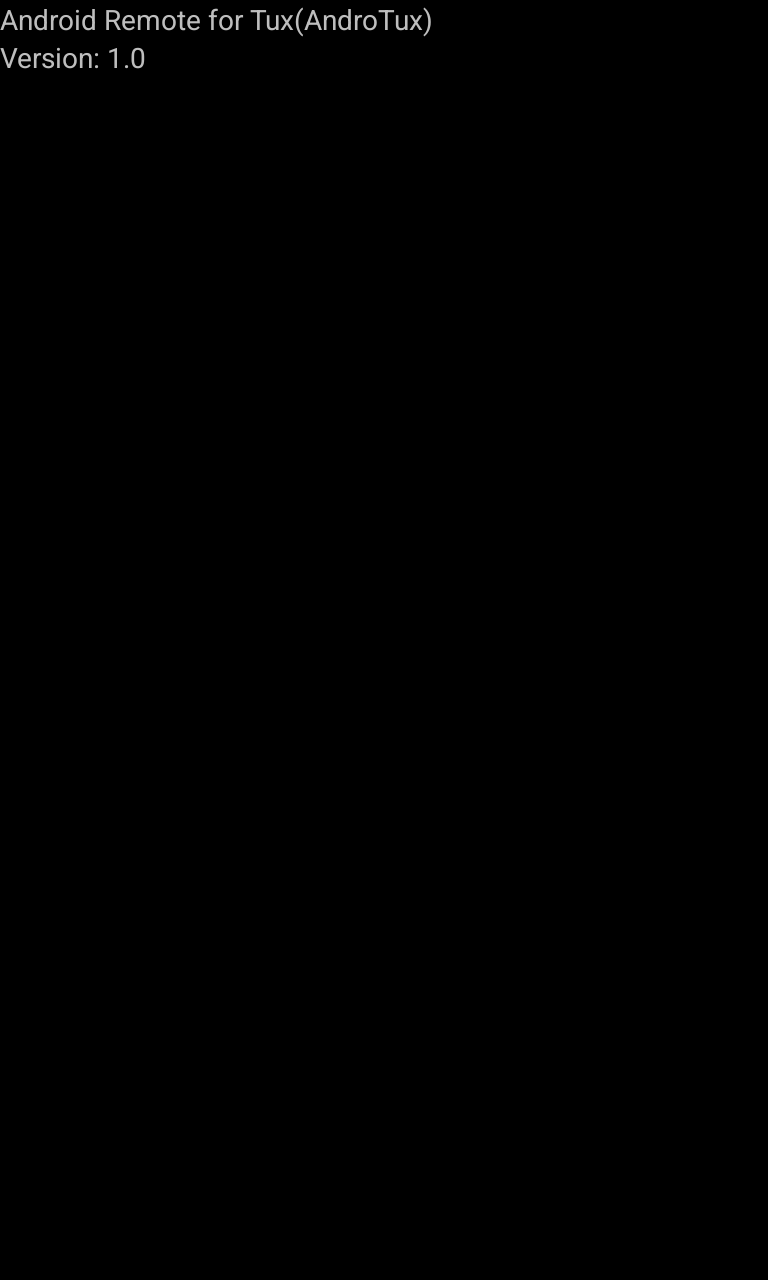
Repository: itayrom/androtux
Layout: app/AndroTux/res/layout/fragment_about.xml
The author's editor kept a copy of each file at every save. The layout is drawn from the files as they stood at one save, then again after the next save.
It is drawn on a 768 x 1280 px phone screen (xhdpi) without system bars, with theme android:Theme.NoTitleBar.Fullscreen; the app's code is not run.

Above is the layout before, as saved 2014-09-09 12:15:29.

### app/AndroTux/res/layout/fragment_about.xml
<!--
  Android Remote for Tux (AndroTux)
  Copyright (C) 2014 Itay Rom <1t4yr0m@gmail.com> Tal Sabo <tal.sabo@gmail.com>

  This program is free software: you can redistribute it and/or modify
  it under the terms of the GNU General Public License as published by
  the Free Software Foundation, either version 3 of the License, or
  (at your option) any later version.

  This program is distributed in the hope that it will be useful,
  but WITHOUT ANY WARRANTY; without even the implied warranty of
  MERCHANTABILITY or FITNESS FOR A PARTICULAR PURPOSE.  See the
  GNU General Public License for more details.

  You should have received a copy of the GNU General Public License
  along with this program.  If not, see <http://www.gnu.org/licenses/>.
-->
<LinearLayout xmlns:android="http://schemas.android.com/apk/res/android"
    android:layout_width="fill_parent"
    android:layout_height="fill_parent"
    android:orientation="vertical" >

    <TextView
        android:layout_width="fill_parent"
        android:layout_height="wrap_content"
        android:text="@string/about_app_name"/>

    <TextView
        android:layout_width="wrap_content"
        android:layout_height="wrap_content"
        android:text="@string/about_app_version" />

</LinearLayout>

### app/AndroTux/res/values/strings.xml
<?xml version="1.0" encoding="utf-8"?>
<resources>

    <string name="app_name">AndroTux</string>
    <string name="action_settings">Settings</string>

    <string name="error_alertdialog_title">Warning</string>
    <string name="must_connect_first_msg">You must connect to an AndroTux server first!</string>
    <string name="connecting">Connecting</string>

    <string name="about_app_name">Android Remote for Tux(AndroTux)</string>
    <string name="about_app_version">Version: 1.0</string>

</resources>

After the next save:
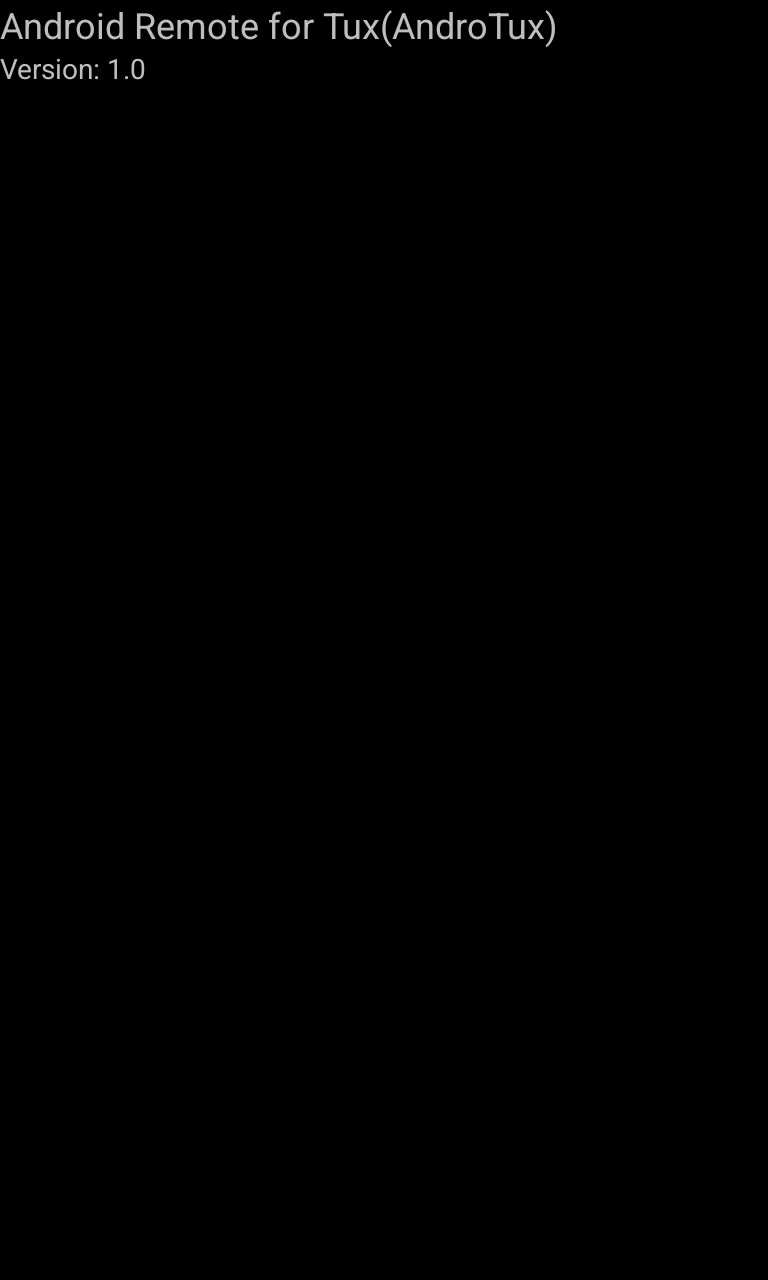
Saved 27 s later.
--- a/app/AndroTux/res/layout/fragment_about.xml
+++ b/app/AndroTux/res/layout/fragment_about.xml
@@ -23,7 +23,8 @@
     <TextView
         android:layout_width="fill_parent"
         android:layout_height="wrap_content"
-        android:text="@string/about_app_name"/>
+        android:text="@string/about_app_name"
+        android:textSize="18dp"/>
 
     <TextView
         android:layout_width="wrap_content"
